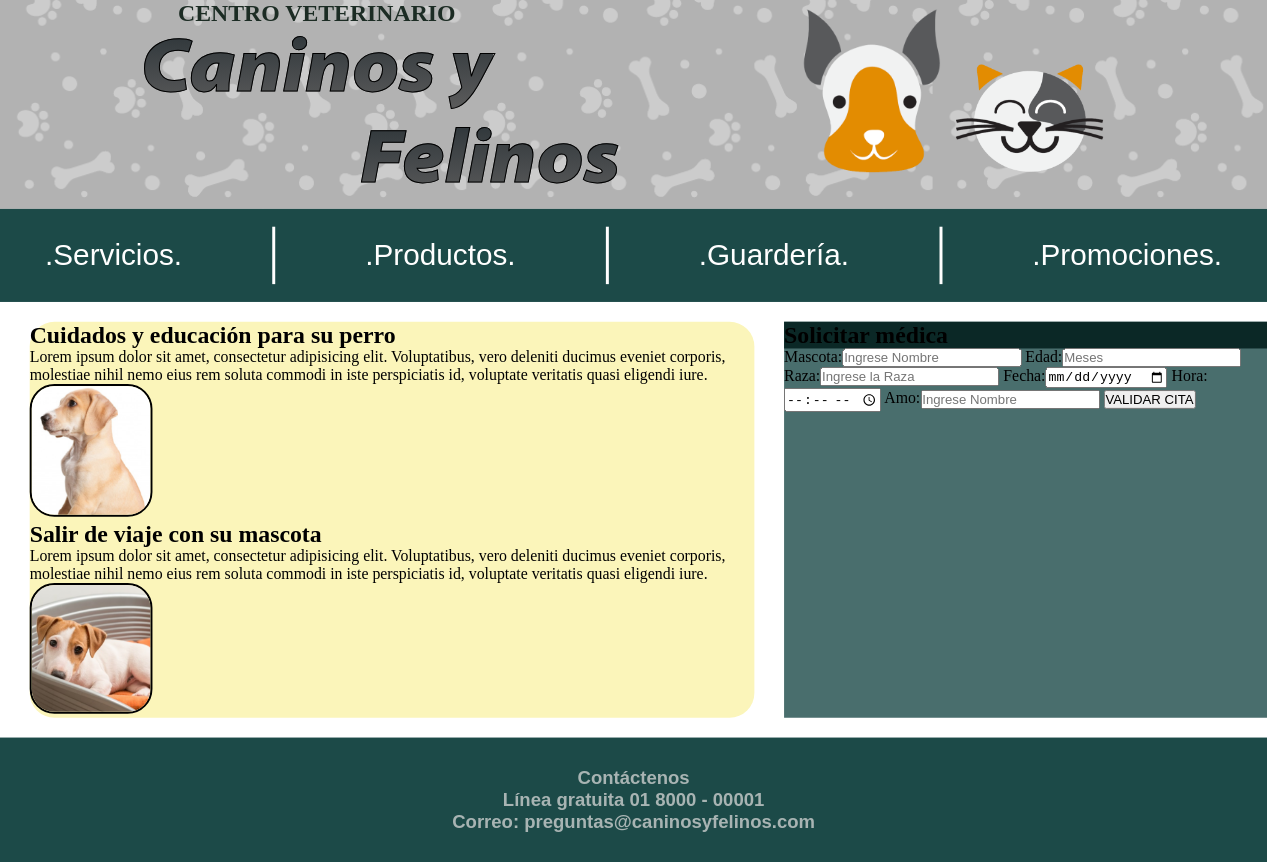
Repository: mariomr87/senaweb01
Page: principal.html
An editor plug-in stored every save of this project. The page is shown before and after the next save, followed by the edit.
The browser window is 1280 px wide. The pictures show the whole page, at 99% of full size.

Above is the page before, as saved 2021-10-23 10:10:06.

After the next save:
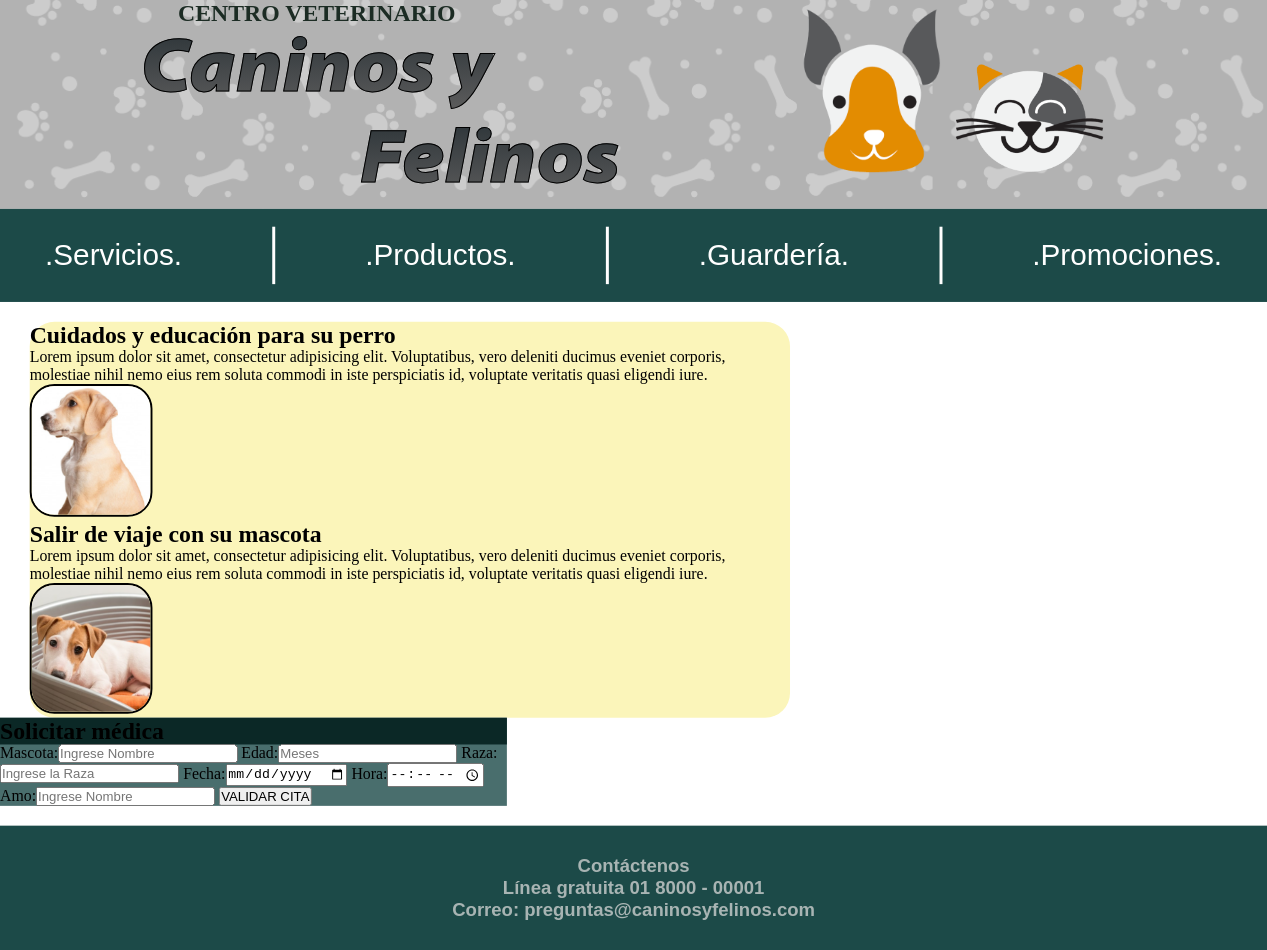
Saved 11 s later.
--- a/estilos.css
+++ b/estilos.css
@@ -71,8 +71,7 @@
 }
 
 .centro-pag{
-    display: flex;
-    flex-direction: row;
+
 }
 
 .centro-pag section{

After the save that followed:
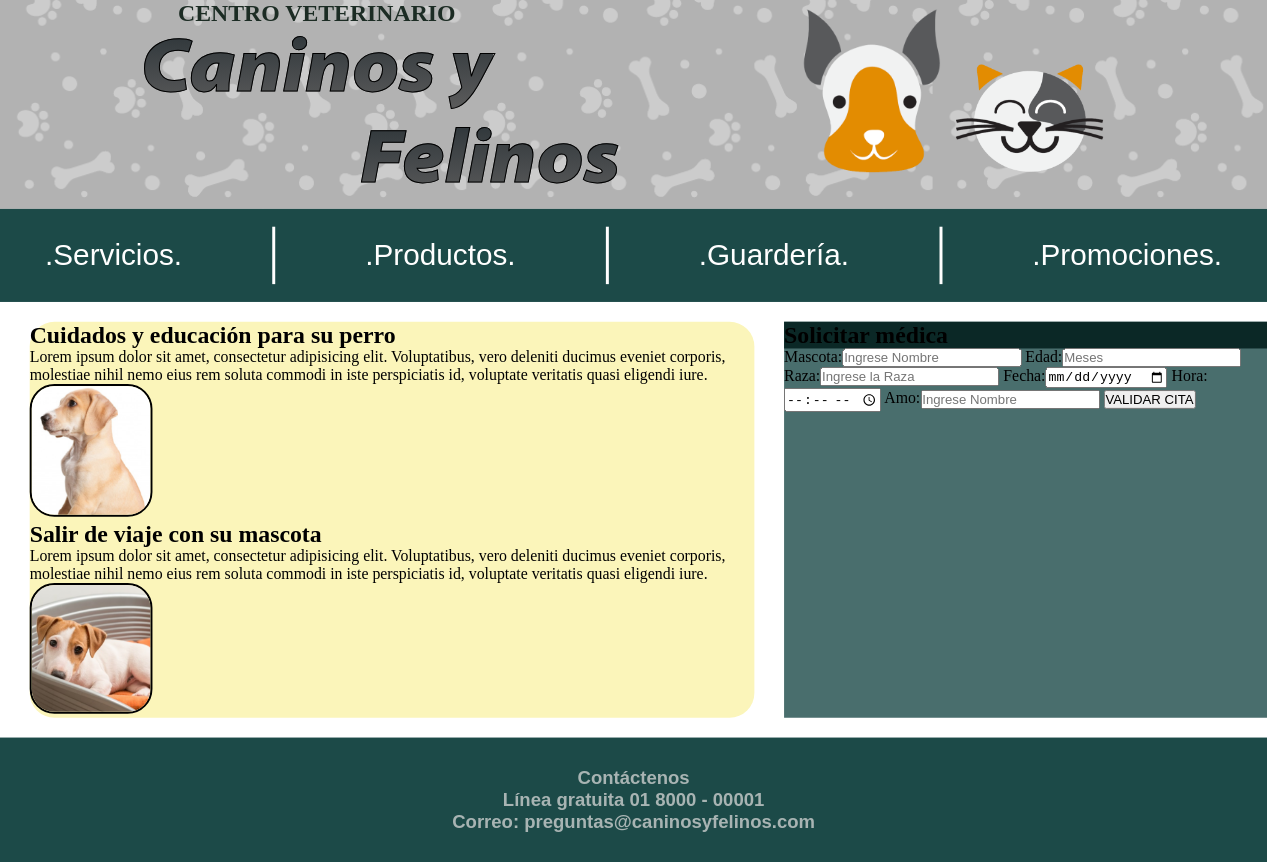
Saved 8 s later.
--- a/estilos.css
+++ b/estilos.css
@@ -71,6 +71,7 @@
 }
 
 .centro-pag{
+    display: flex;
 
 }
 
